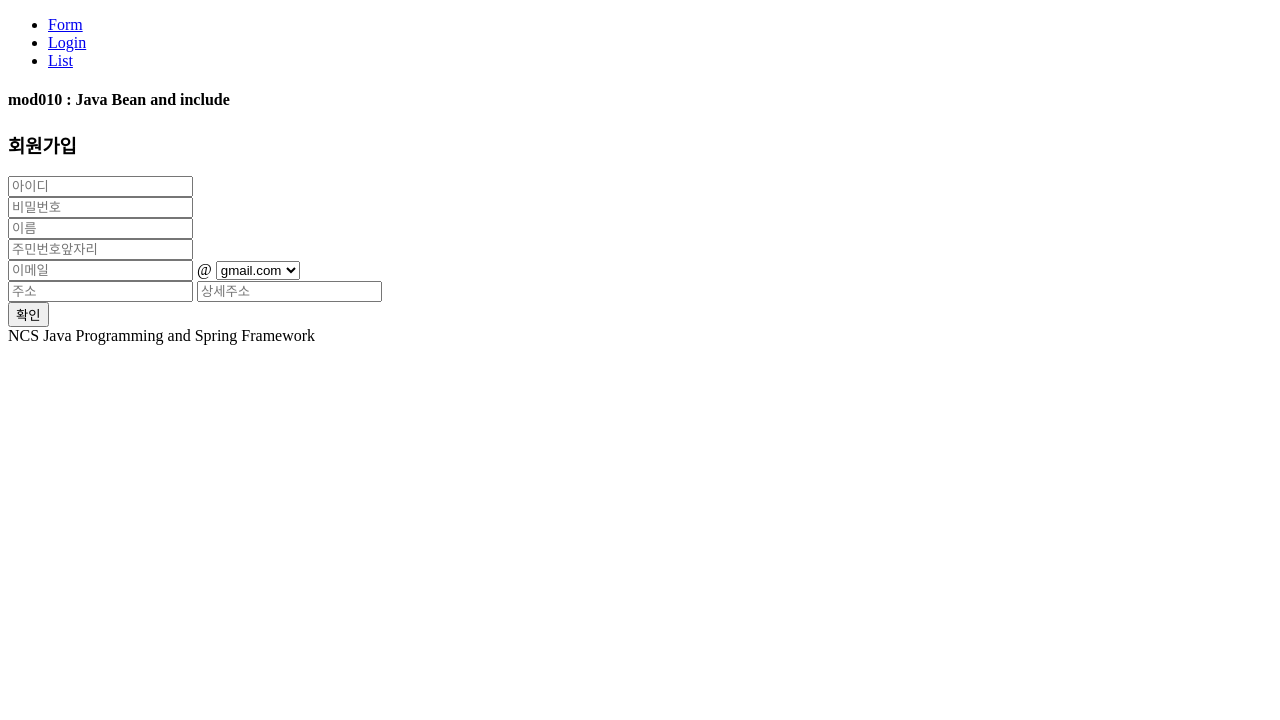
Repository: zeroj-0/eclipseProjects
Page: http://localhost/jv301/mod010/update.jsp
An editor plug-in stored every save of this project. The page is shown before and after the next save, followed by the edit.
The browser window is 1280 px wide. The pictures show the whole page.
The page is served by Tomcat 9. Other server files are loaded and not shown.

Above is the page before, as saved 2022-07-07 08:01:38.

### jv301/src/main/webapp/mod010/update.jsp
<%@ page language="java" contentType="text/html; charset=UTF-8" pageEncoding="UTF-8"%>
<%@ taglib prefix="c" uri="http://java.sun.com/jsp/jstl/core" %>
<!DOCTYPE html>
<html>
<head>
<meta charset="UTF-8">
<title>Insert title here</title>
</head>
<body>
<div id="wrapper">
		<div id="header">
			<%@ include file="/incl/menu.jsp" %>
			<jsp:include page="/incl/banner.jsp">
				<jsp:param name="subtitle" value="mod010 : Java Bean and include" />
			</jsp:include>
		</div>
		<div id="content-wrapper">
			<div class="container">
			    <h3>회원가입</h3>
			    <form class="" action="add_user.do" method="post">
			      <div class="d">
			        <input type="text" name="userId" placeholder="아이디">
			      </div>
			      <div class="d">
			        <input type="password" name="password" placeholder="비밀번호">
			      </div>
			      <div class="d">
			        <input type="text" name="userName" placeholder="이름">
			      </div>
			      <div class="d">
			        <input type="text" name="ssn" placeholder="주민번호앞자리">
			      </div>
			      <div class="d">
			        <input type="text" name="email1" placeholder="이메일">
			        <span class="email">@</span>
			        <select class="" name="email2">
			          <option value="gmail.com">gmail.com</option>
			          <option value="naver.com">naver.com</option>
			          <option value="nate.com">nate.com</option>
			          <option value="daum.com">daum.net</option>
			        </select>
			      </div>
			      <div class="d">
			      	<input type="text" name="addr1" placeholder="주소" class="address1">
			      	<input type="text" name="addr2" placeholder="상세주소">
			      </div>
			      <div class="btn">
			        <button type="submit" class="btn-inner">확인</button>
			      </div>
			    </form>
			  </div>
		</div>
		<div id="footer">
			<%@ include file="/incl/footer.jsp" %>
		</div>
	</div>
</body>
</html>

### jv301/src/main/webapp/incl/menu.jsp
<%@ page language="java" contentType="text/html; charset=UTF-8"  pageEncoding="UTF-8"%>

<div class="gnb">
	<ul>
		<li><a href="add_user.jsp">Form</a></li>
		<li><a href="login">Login</a></li>
		<li><a href="user_list.do">List</a></li>
	</ul>
</div>

### jv301/src/main/webapp/incl/footer.jsp
<%@ page language="java" contentType="text/html; charset=UTF-8" pageEncoding="UTF-8"%>
<div id="copyright">
	NCS Java Programming and Spring Framework
</div>

### jv301/src/main/webapp/incl/banner.jsp
<%@ page language="java" contentType="text/html; charset=UTF-8"  pageEncoding="UTF-8"%>
<%@page import="java.net.URLDecoder"%>
<div id="banner">
	<%-- <h4><%= request.getParameter("subtitle") %></h4> --%>
	<h4><%=URLDecoder.decode(request.getParameter("subtitle"), "UTF-8")%></h4>
</div>

### jv301/src/main/webapp/mod010/fixmethod.css
@charset "UTF-8";
* { box-sizing: border-box; margin: 0; padding: 0;}
ul, li {list-style: none;}
a {text-decoration: none; color: #333;}

.gnb {
  width: 100%;
  height: 70px;
  float: left;
  padding-left: 20%;
}
ul li {
  float: left;
  height: 100%;
  margin-left: 30px;
}
ul li:first-child {
  margin-left: 0;
}

a {
  line-height: 70px;
  font-size: 20px;
}
a:hover {
  color: #000;
  font-weight: 600;
}
#header {
	height: 100px;
	width: 100%;
	text-align: center;
	font-size: 20px;
	line-height: 100px;
}
#footer {
	margin-top: 100px;
	text-align: center;
}

### jv301/src/main/webapp/mod010/style.css
@charset "UTF-8";
* { box-sizing: border-box; margin: 0; padding: 0;}
ul, li {list-style: none;}
a {text-decoration: none; color: #333;}

.container {
  padding-top: 60px;
  display: flex;
  flex-wrap: wrap;
  height: 100%;
  width: 700px;
  margin: 0 auto;
}
form {
  width: 100%;
}
h3 {
  font-size: 25px;
  width: 100%;
}
.d {
  height: 50px;
  width: 100%;
  display: flex;
  justify-content: left;
  align-items: center;
  margin-top: 10px;
}
.d > input {
  height: 35px;
  line-height: 35px;
  padding-left: 5px;

}
select {
  height: 35px;
  width: 150px;
  font-size: 15px;
}
span.email {
  margin: 0 5px;
}
.checkbox-layout {
  height: 100px;
}
.inner-box {
  margin: 0;
  display: block;
  width: 100%;
  height: 100%;
}
.inner-box h2 {
  width: 100%;
}
.box {
  display: inline-block;
  width: 18%;
  position: relative;
  overflow: hidden;
}
.box label {
  position: absolute;
  top: 14px;
  left: 20px;
}
.box input {
  height: 50px;
}
span {
  font-size: 18px;
  font-weight: 400;
  color: #333;
}
.btn {
  justify-content: center;
  width: 80px;
  height: 40px;
  margin: 0 auto;
  background: #f9f9f9;
  border-radius: 12px;
  border: 1px solid #000;
  margin-top: 20px;
}
button {
	border-style: none;
}
button.btn-inner {
  border-style: none;
  height: 40px;
  width: 75px;
  font-size:20px;
  background: none;
  cursor: pointer;
}
.address1 {
	width: 250px;
	margin-right: 10px;
}

.title {
	width: 100%;
	text-align: center;
	height: 80px;
	line-height: 80px;
}

After the next save:
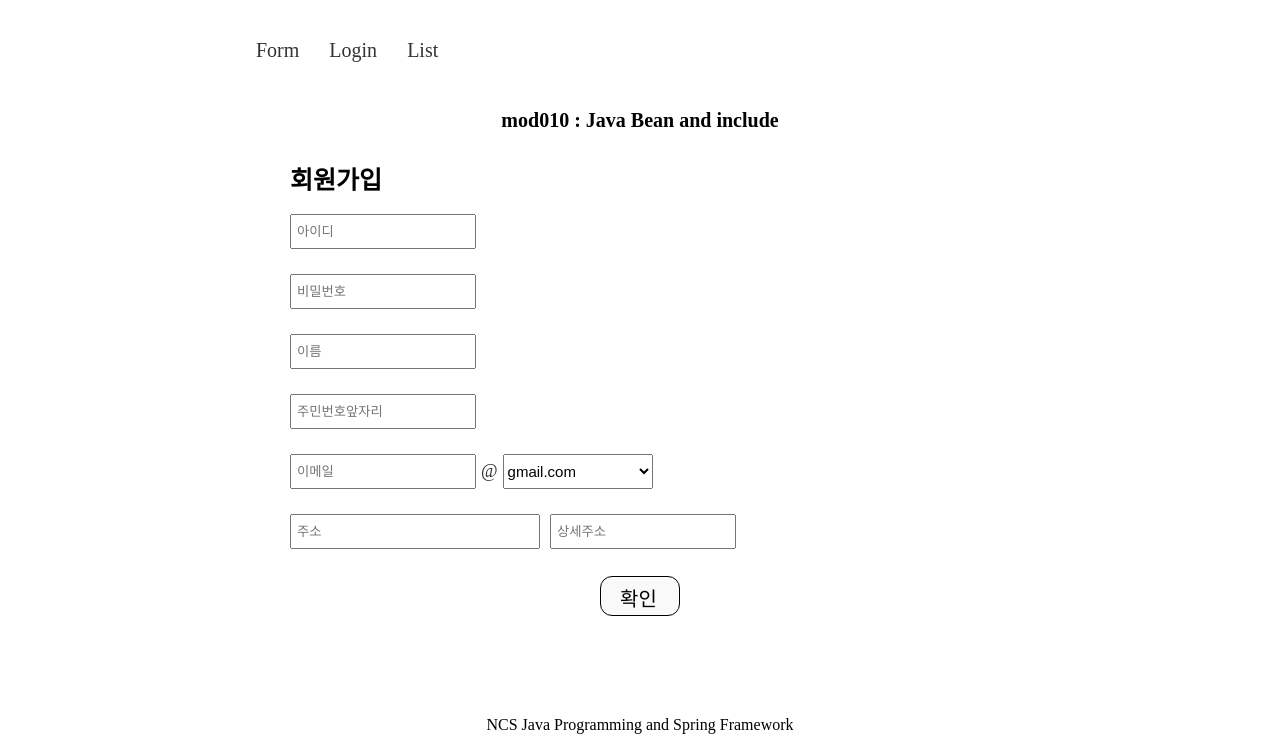
Saved 17 s later.
--- a/jv301/src/main/webapp/mod010/update.jsp
+++ b/jv301/src/main/webapp/mod010/update.jsp
@@ -5,6 +5,8 @@
 <head>
 <meta charset="UTF-8">
 <title>Insert title here</title>
+	<link rel="stylesheet" href="./fixmethod.css">
+  <link rel="stylesheet" href="./style.css">
 </head>
 <body>
 <div id="wrapper">
